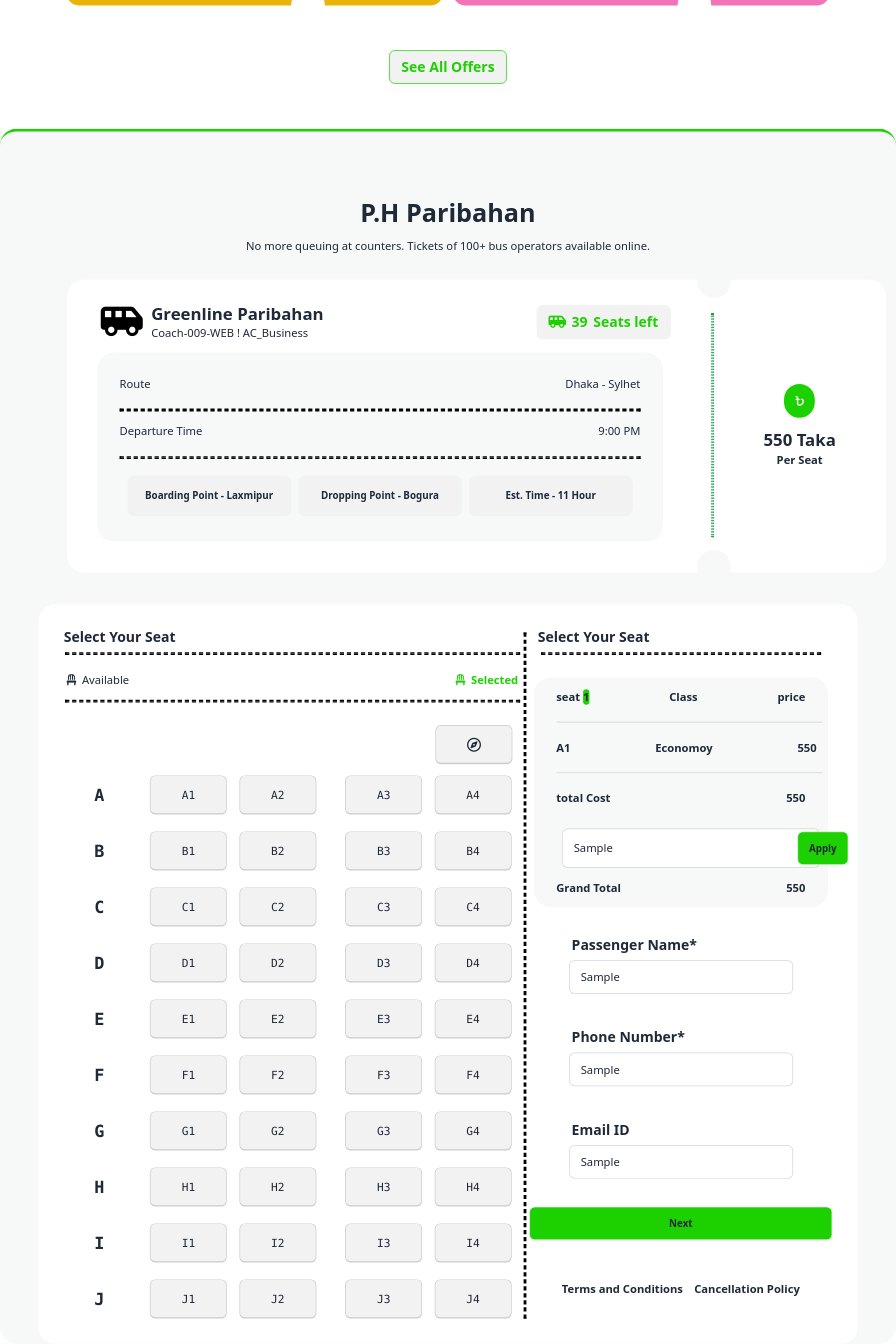
Repository: RudrasahaDibos/Smart-ticketing
Page: index.html
The author's editor kept a copy of each file at every save. The page is drawn from the files as they stood at one save, then again after a run of saves.
The browser window is 1280 px wide. The pictures show the part of the page from y = 1134 to 3054 px (the page is 3054 px tall), at 70% of full size.
Empty fields were first filled with sample values (such as "Sample", 5 or name@example.com).
After loading, the first visible `kbd.seat-btn` was clicked once.
Some web fonts or font styles are not loaded; a fallback is used. Some web libraries are served in a nearby version.

Above is the page before, as saved 2024-11-11 11:28:29.

After the next 3 saves:
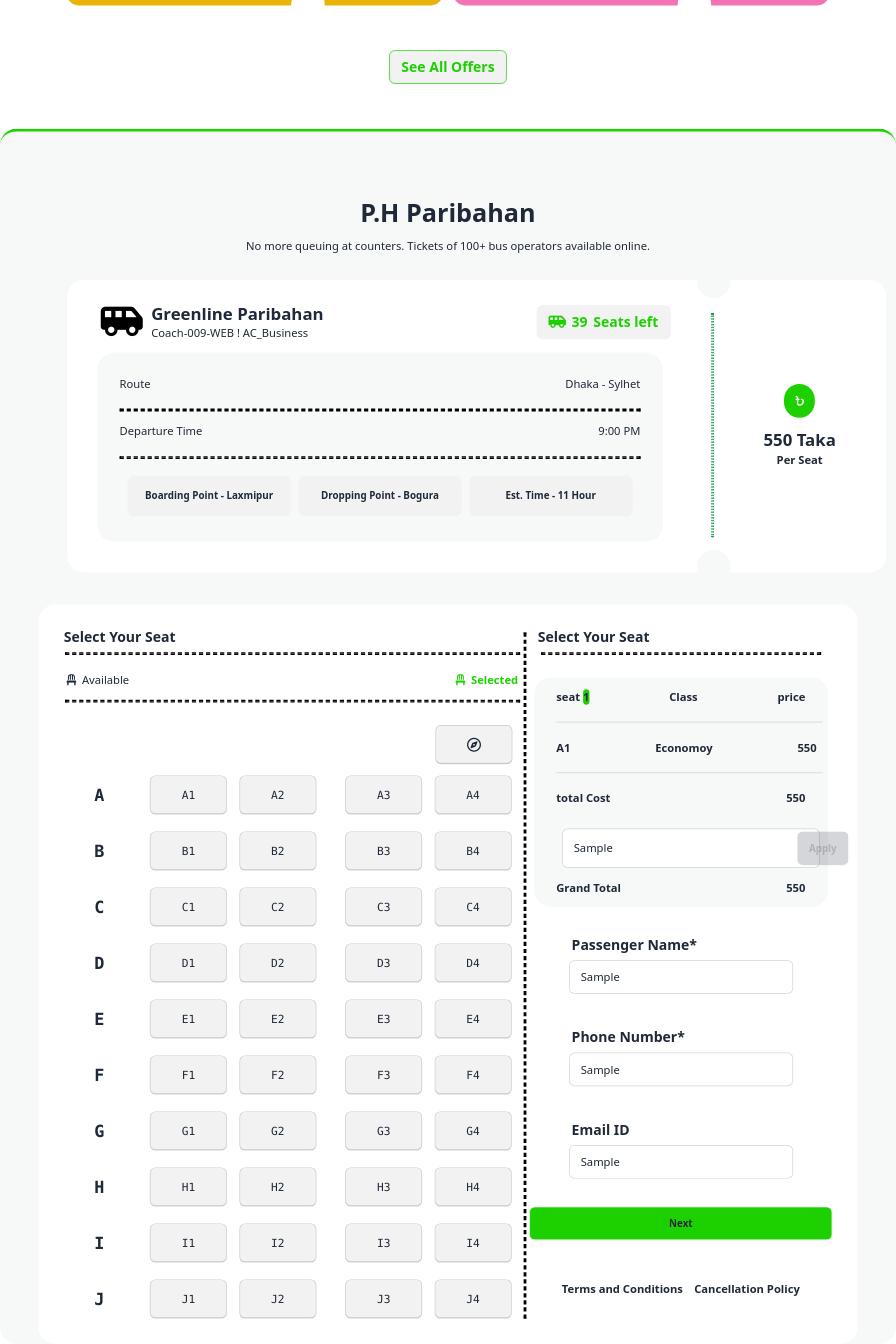
The 3 saves are shown as one change because they came seconds apart.
The last was saved 19 s later.
--- a/index.js
+++ b/index.js
@@ -70,7 +70,7 @@ function getGrandTotal(Satus1,satus2){
        Applybutton.removeAttribute('disabled')
       }
       else{
-        Applybutton.set
+        Applybutton.setAttribute('disabled',true)
       }
 
     if(Satus1||Satus1){
